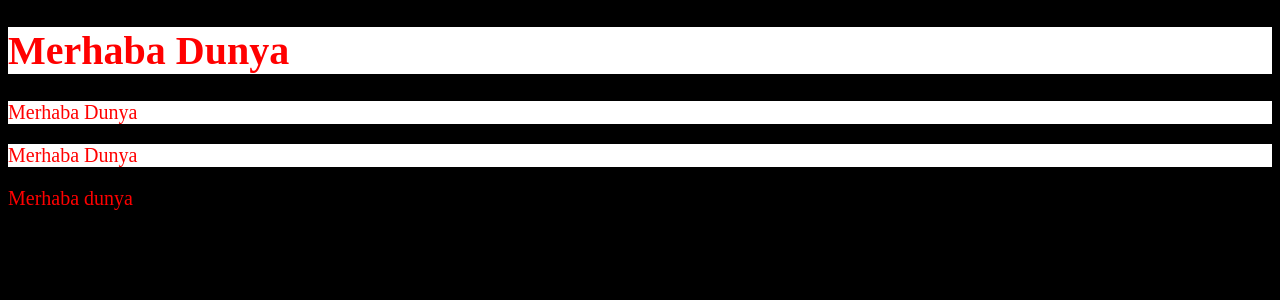
Repository: Kubraaygun/Html_Css_Login
Page: index.html
These files come from the project's save history. The page is drawn as it stood at one moment and after the next save; the edit follows.
The browser window is 1280 px wide. The pictures show the whole page.

Above is the page before, as saved 2025-03-04 15:55:46.

### index.html
<!DOCTYPE html>
<html lang="en">
  <head>
    <meta charset="UTF-8" />
    <meta name="viewport" content="width=device-width, initial-scale=1.0" />
    <title>HTML</title>

    <style>
      body {
        font-size: 20px;
        color: red;
        background-color: black;
      }
      .p1 {
        background-color: white;
      }
    </style>
  </head>

  <body>
    <h1 class="p1">Merhaba Dunya</h1>
    <p class="p1">Merhaba Dunya</p>
    <p class="p1">Merhaba Dunya</p>
    <div>Merhaba dunya</div>
  </body>
</html>

After the next save:
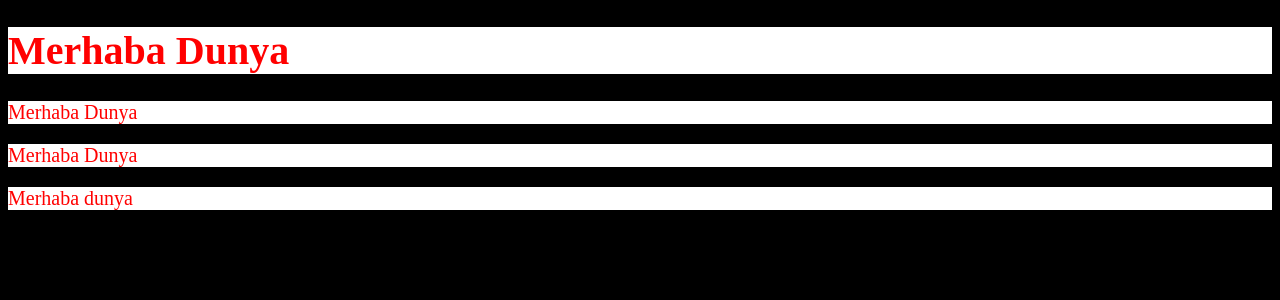
Saved 5 s later.
--- a/index.html
+++ b/index.html
@@ -21,6 +21,6 @@
     <h1 class="p1">Merhaba Dunya</h1>
     <p class="p1">Merhaba Dunya</p>
     <p class="p1">Merhaba Dunya</p>
-    <div>Merhaba dunya</div>
+    <div class="p1">Merhaba dunya</div>
   </body>
 </html>
